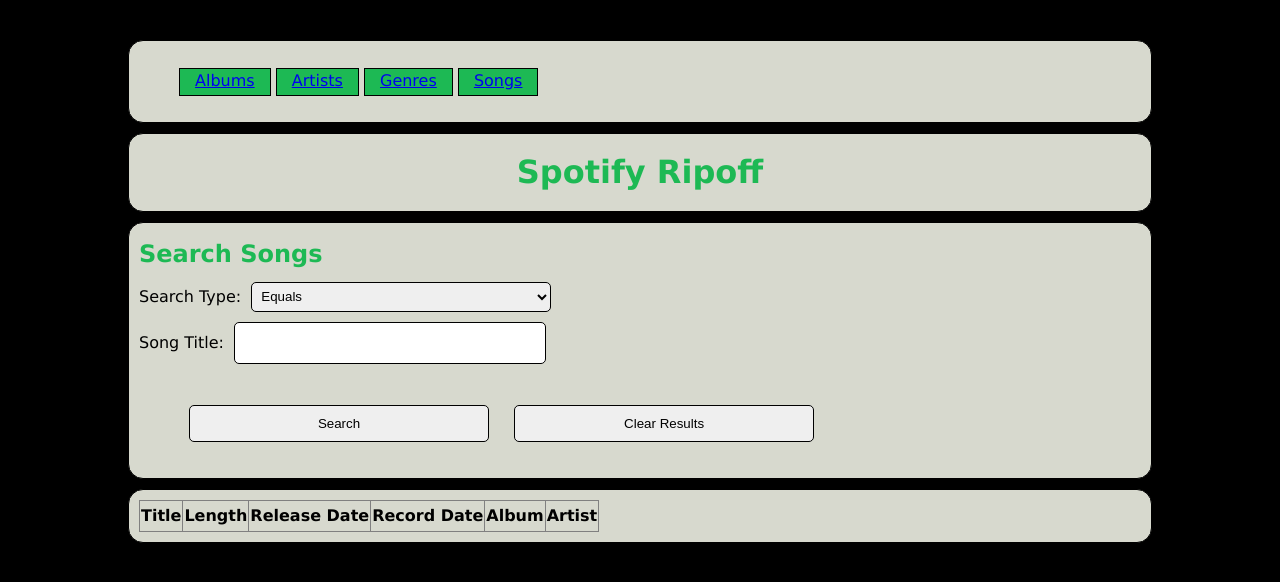
Repository: RRGTHWAR/bkg16_INFSCI1017
Page: bkg16_Music_FinalProject/WebContent/song.html
An editor plug-in stored every save of this project. The page is shown before and after the next save, followed by the edit.
The browser window is 1280 px wide. The pictures show the whole page.

Above is the page before, as saved 2019-04-14 13:45:13.

### bkg16_Music_FinalProject/WebContent/song.html
<!DOCTYPE html>
<html>
<head>
<meta charset="UTF-8">
<title>Songs</title>
<link href="css/style.css" rel="stylesheet" type="text/css" />
<script src="js/jquery-3.3.1.min.js"></script>
</head>
<body>
	<div id="navBar">
		<ul>
			<li><a href="album.html" title="Albums">Albums</a></li>
			<li><a href="artist.html" title="Artists">Artists</a></li>
			<li><a href="genre.html" title="Genres">Genres</a></li>
			<li><a href="song.html" title="Songs">Songs</a></li>
		</ul>
	</div>
	<h1 id="mainHeader" >Spotify Ripoff</h1>
	<div id="songSearch" class="searchBox" >
		<h2>Search Songs</h2>
		<div>
			Search Type:
			<select name="searchType" id="searchType" class="textField">
				<option value="equals">Equals</option>
				<option value="begins">Begins</option>
				<option value="ends">Ends</option>
				<option value="contains">Contains</option>
				<option value="">All</option>
			</select>
		</div>
		<div>
			Song Title: <input type="text" id="songTitle" name="songTitle" value="" class="textField" />
		</div>
		<div id="btns">
			<ul>
				<li><input type="button" id="btnSearch" name="btnSubmit" class="actButton" value="Search" /></li>
				<li><input type="button" id="btnClear" name ="btnClear" class="actButton" value="Clear Results" /></li>
			</ul>
		</div>
	</div>

	<div id="searchResults">
		<div id="targetName" >
		</div>
		<table border="1" id="tblSearchResults">
			<tr>
				<th>Title</th>
				<th>Length</th>
				<th>Release Date</th>
				<th>Record Date</th>
				<th>Album</th>
				<th>Artist</th>
			</tr>
		</table>
	</div>

	</body>
	<script>

		$(document).ready(function (){
			if (window.location.href.indexOf("?albumID=") > -1) {
				var addy = window.location.href;
				var albumID = addy.substring(addy.indexOf("=") + 1);
				var albumTitle = ""
				var url = "AlbumWS?albumID=" + albumID;
				$.get(url, function(resp) {
					//var data = JSON.parse(resp);
					albumTitle = resp.title;
					var targetName = "<h2>Album Title: " + albumTitle + "</h2>";
					console.log(targetName);
					$("#targetName").append(targetName);
				});
				var url = "SongListWS?albumID=" + albumID;
				$.get(url, function(resp){
					parseSongData(resp);
				})
			};
			if (window.location.href.indexOf("?artistID=") > -1) {
				var addy = window.location.href;
				var artistID = addy.substring(addy.indexOf("=") + 1);
				var url = "SongListWS?artistID=" + artistID;
				$.get(url, function(resp){
					parseSongData(resp);
				})
			};
			$("#btnClear").click(function (){
				clearResultsTable();
			});
			$("#btnSearch").click(function (){
				search();
			});
			$("#songTitle").keyup(function(){
				var keyPressed = $("#songTitle").val();
				if(keyPressed.length > 2) {
					search();
				} else {
					clearResultsTable();
				}
			});
		});

		function search(optSearchType) {
			clearResultsTable();
			var songTitle = $("#songTitle").val();
			var searchType = $("#searchType").val();
			// console.log("Song: " + songTitle);
			// console.log("SearchType: " + searchType);
			var url = "SongListWS?songTitle=" + songTitle + "&searchType=" + searchType;
			// console.log(url);
			$.get(url, function(resp){
				parseSongData(resp);
			})
		}

		function parseSongData(data){
			//$("#searchResults").text(JSON.stringify(data));
			var result = "";

			for(var i=0; i < data.length; i++) {
				var tr = $("<tr></tr>"); //Created empty html table row

				//First data cell
				var td = $("<td></td>"); //Created empty html table data
				td.html(data[i].title);
				tr.append(td);

				//Second data cell
				td = $("<td></td>"); //Note that we don't need to redeclare this
				td.html(data[i].length);
				tr.append(td);

				//Third data cell
				td = $("<td></td>"); //Note that we don't need to redeclare this
				td.html(data[i].release_date);
				tr.append(td);

				//Fourth data cell
				td = $("<td></td>"); //Note that we don't need to redeclare this
				td.html(data[i].record_date);
				tr.append(td);

				//Fifth data cell
				td = $("<td class='albumLink'></td>"); //Note that we don't need to redeclare this
				var link = "<a href='album.html?songID=" + data[i].song_id + "'>View Album</a>";
				td.html(link);
				tr.append(td);

				//Sixth data cell
				td = $("<td class='artistLink'></td>"); //Note that we don't need to redeclare this
				var link = "<a href='artist.html?songID=" + data[i].song_id + "'>View Artist(s)</a>";
				td.html(link);
				tr.append(td);


				//Append row to table
				$("#tblSearchResults").append(tr);
				//result += 'Title: ' + data[i].title + '<br />';
			}

			//$("#searchResults").html(result);
		}

		//Source: https://stackoverflow.com/questions/2620181/clear-table-jquery
		function clearResultsTable() {
			$("#targetName").remove();
			$("#tblSearchResults td").parent().remove();
		}


		//Source: https://memorynotfound.com/detect-enter-keypress-javascript-jquery/
		$(document).keypress(function(e) {
			var keycode = (e.keyCode ? e.keyCode : e.which);
			if (keycode == '13') {
				$("#btnSearch").click();
			}
		});


	</script>
</html>

### bkg16_Music_FinalProject/WebContent/css/style.css
@charset "UTF-8";

html, body {
	background-color: black;
}

body {
	font-family: Verdana, Geneva, sans-serif;
	font-size: 100%;
	width: 80%;
	margin-right: auto;
	margin-left: auto;
	padding: 2.5% 2.5% 0;
	line-height: 1.8;
}

h1, h2, h3, h4, h5, h6, p {
	margin: 0;
	padding: 0;
}

h1, h2, h3, h4, h5, h6 {
	color: #1DB954;
}

p {
	margin-bottom: 1em;
}

#navBar {
	background-color: #D7D9CE;
	border: 1px solid #000;
	padding: 10px;
	border-radius: 15px;
}

#navBar ul li {
	background-color: #1DB954;
	margin-left: 0;
	margin-bottom: 10px;
	padding: 2px 15px 5px;
	border: 1px solid #000;
	list-style: none;
	display: inline;
}

#mainHeader {
	background-color: #D7D9CE;
	border: 1px solid #000;
	padding: 10px;
	margin-top: 10px;
	border-radius: 15px;
	text-align: center;
}

.searchBox {
	background-color: #D7D9CE;
	border: 1px solid #000;
	padding: 10px;
	margin-top: 10px;
	border-radius: 15px;
	margin-bottom: 10px;
}

.textField {
	border: 1px solid #000;
	border-radius: 5px;
	padding: 5px;
	margin: 5px;
	width: 300px;
	height: 30px;
}

#searchResults {
	background-color: #D7D9CE;
	border: 1px solid #000;
	padding: 10px;
	margin-top: 10px;
	border-radius: 15px;
	display: block;
	margin: 0 auto;
}

#btns ul li {
	padding: 10px;
	margin-top: 10px;
	border-radius: 15px;
	text-align: center;
	list-style: none;
	display: inline-block;
}

input[type=button] {
	border: 1px solid #000;
	padding: 10px;
	border-radius: 5px;
	display: inline-block;
	margin: 0 auto;
	width: 300px;
}

#tblSearchResults {
	border-collapse: collapse;
}

#tblSearchResults tr th td {
	border: 1px solid #000;
	padding: 5px;
	border-collapse: collapse;
	display: inline-block;
	margin: 0 auto;
	text-align: center;
}

Loaded but not shown: bkg16_Music_FinalProject/WebContent/js/jquery-3.3.1.min.js (library)

After the next save:
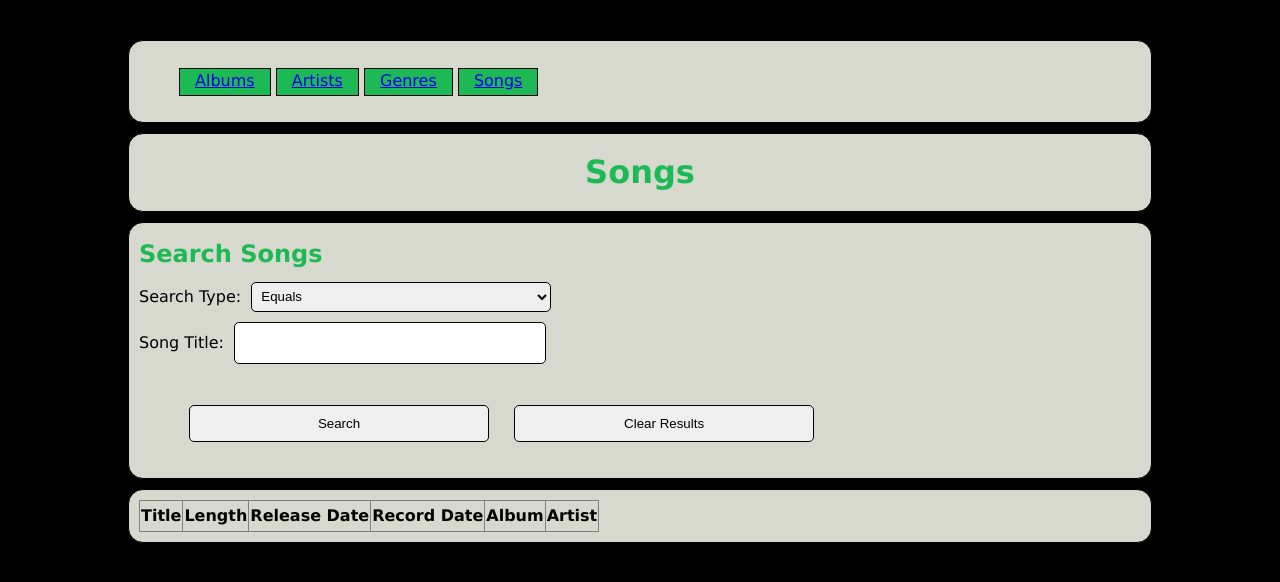
Saved 5 s later.
--- a/bkg16_Music_FinalProject/WebContent/song.html
+++ b/bkg16_Music_FinalProject/WebContent/song.html
@@ -15,7 +15,7 @@
 			<li><a href="song.html" title="Songs">Songs</a></li>
 		</ul>
 	</div>
-	<h1 id="mainHeader" >Spotify Ripoff</h1>
+	<h1 id="mainHeader" >Songs</h1>
 	<div id="songSearch" class="searchBox" >
 		<h2>Search Songs</h2>
 		<div>
